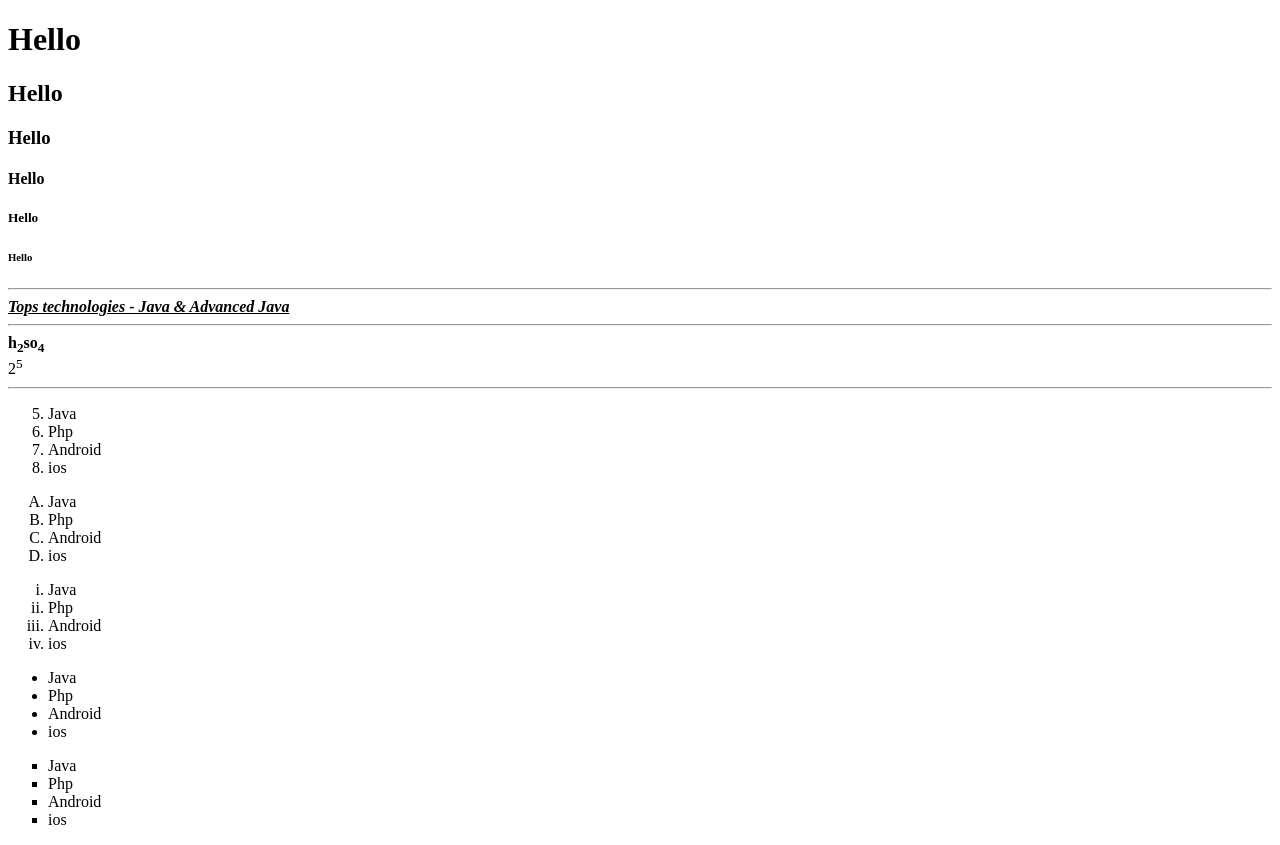
Repository: Chintan-elite/Java_Shail
Page: Learning_web/src/main/webapp/index.html
An editor plug-in stored every save of this project. The page is shown before and after the next save, followed by the edit.
The browser window is 1280 px wide. The pictures show the whole page.

Above is the page before, as saved 2023-09-08 12:06:22.

After the next save:
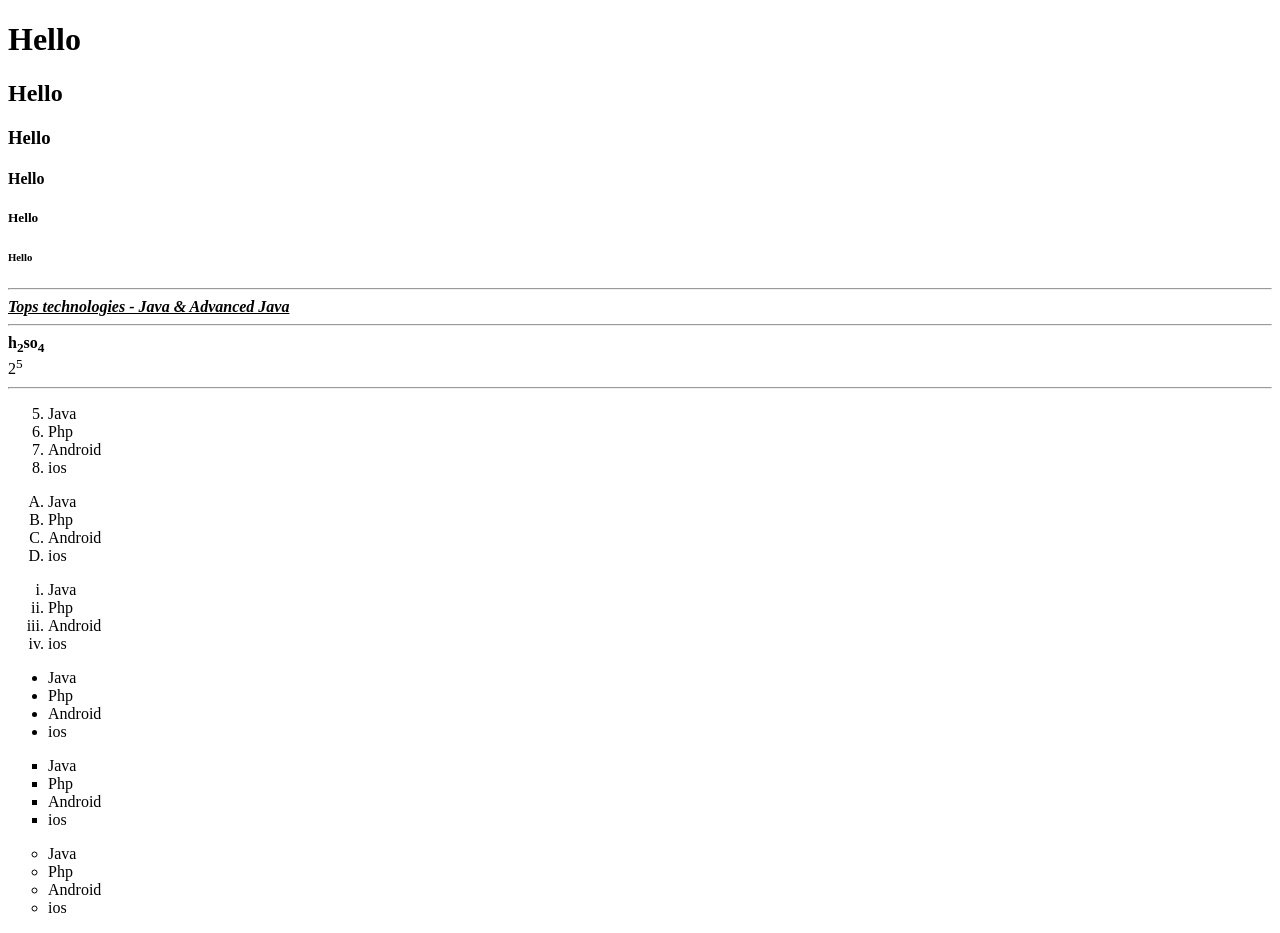
Saved 16 s later.
--- a/Learning_web/src/main/webapp/index.html
+++ b/Learning_web/src/main/webapp/index.html
@@ -59,6 +59,13 @@
 	<li>ios</li>
 	</ul>
 
+	<ul type="circle">
+	<li>Java</li>
+	<li>Php</li>
+	<li>Android</li>
+	<li>ios</li>
+	</ul>
+
 
 
 </body>
